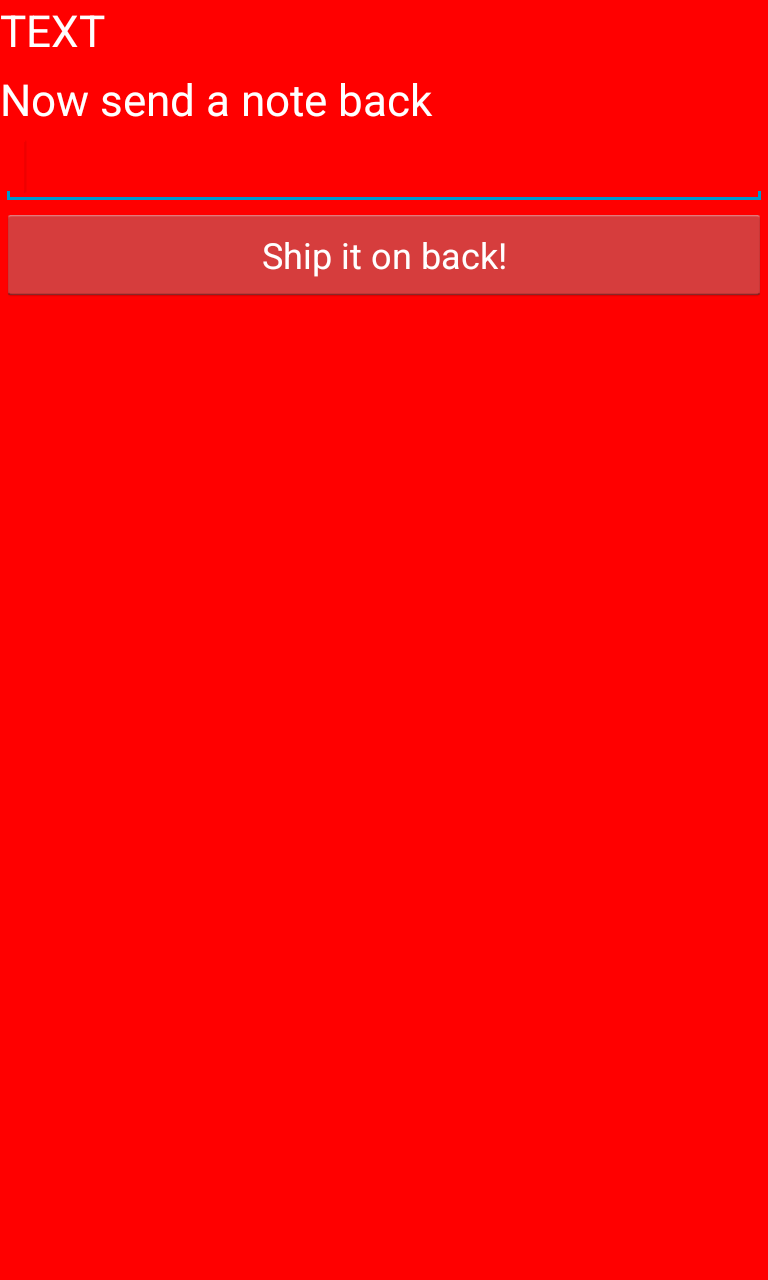
Repository: fsoDannis/FSO_JAVAII
Layout: JavaII_Week1/res/layout/activity_subscreen.xml
The author's editor kept a copy of each file at every save. The layout is drawn from the files as they stood at one save, then again after the next save.
It is drawn on a 768 x 1280 px phone screen (xhdpi) without system bars, with theme AppTheme; the app's code is not run.

Above is the layout before, as saved 2013-05-10 00:50:50.

### JavaII_Week1/res/layout/activity_subscreen.xml
<?xml version="1.0" encoding="utf-8"?>
<LinearLayout xmlns:android="http://schemas.android.com/apk/res/android"
    android:layout_width="match_parent"
    android:layout_height="match_parent"
    android:orientation="vertical"
    android:background="#ff0000">
    <TextView
        android:id="@+id/textView1"
        android:layout_width="match_parent"
        android:layout_height="wrap_content"
        android:textAppearance="?android:attr/textAppearanceLarge"
        android:textColor="#ffffff"
        android:layout_marginBottom="10px"
        android:text="TEXT"/>
    <TextView
        android:id="@+id/textView2"
        android:layout_width="match_parent"
        android:layout_height="wrap_content"
        android:textAppearance="?android:attr/textAppearanceLarge"
        android:textColor="#ffffff"
        android:text="Now send a note back"/>
    <EditText
        android:id="@+id/editText2"
        android:layout_width="match_parent"
        android:layout_height="wrap_content"
        android:ems="10" >
        <requestFocus />
    </EditText>
    <Button
        android:id="@+id/button2"
        android:layout_width="match_parent"
        android:layout_height="wrap_content"
        android:text="Ship it on back!"
        android:textColor="#ffffff"/>
</LinearLayout>

Loaded but not shown: JavaII_Week1/res/values/styles.xml (common file); JavaII_Week1/res/values-v11/styles.xml (common file); JavaII_Week1/res/values-v14/styles.xml (common file)

After the next save:
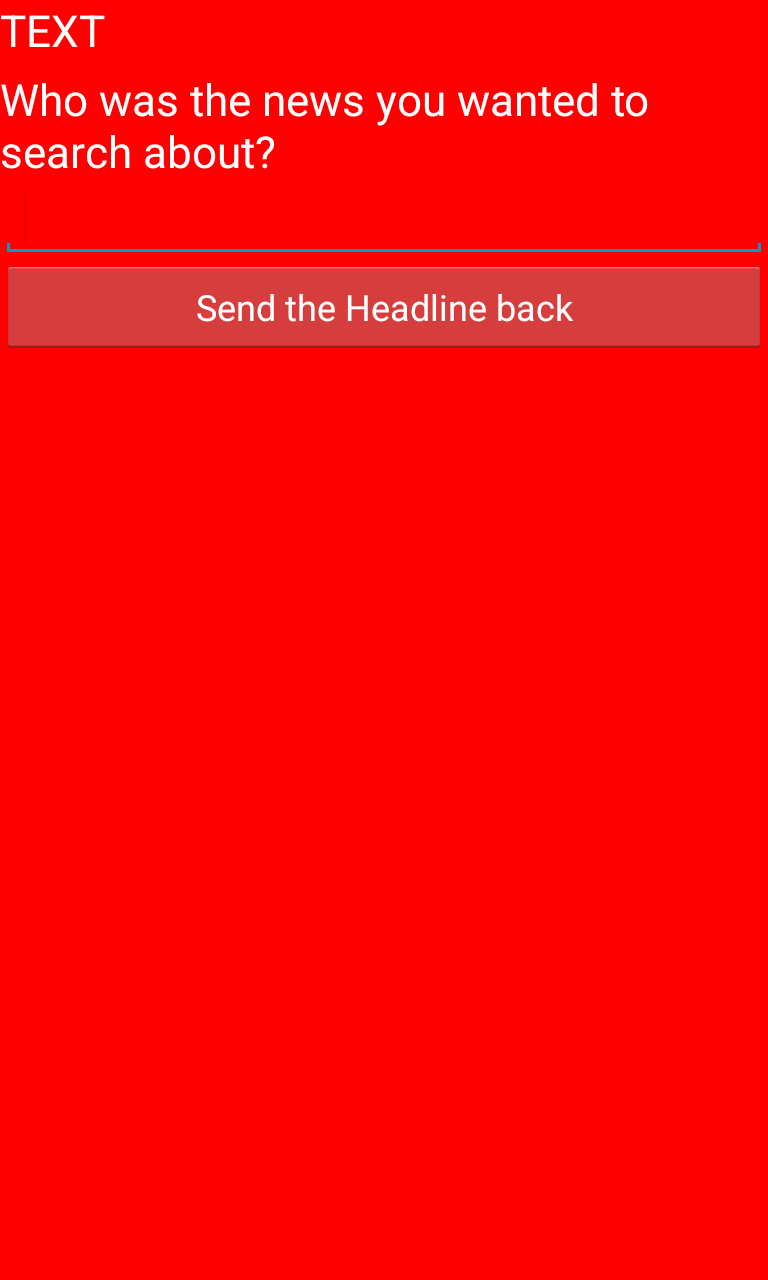
Saved 3 min 42 s later.
--- a/JavaII_Week1/res/layout/activity_subscreen.xml
+++ b/JavaII_Week1/res/layout/activity_subscreen.xml
@@ -18,7 +18,7 @@
         android:layout_height="wrap_content"
         android:textAppearance="?android:attr/textAppearanceLarge"
         android:textColor="#ffffff"
-        android:text="Now send a note back"/>
+        android:text="Who was the news you wanted to search about?"/>
     <EditText
         android:id="@+id/editText2"
         android:layout_width="match_parent"
@@ -30,6 +30,6 @@
         android:id="@+id/button2"
         android:layout_width="match_parent"
         android:layout_height="wrap_content"
-        android:text="Ship it on back!"
+        android:text="Send the Headline back"
         android:textColor="#ffffff"/>
 </LinearLayout>
